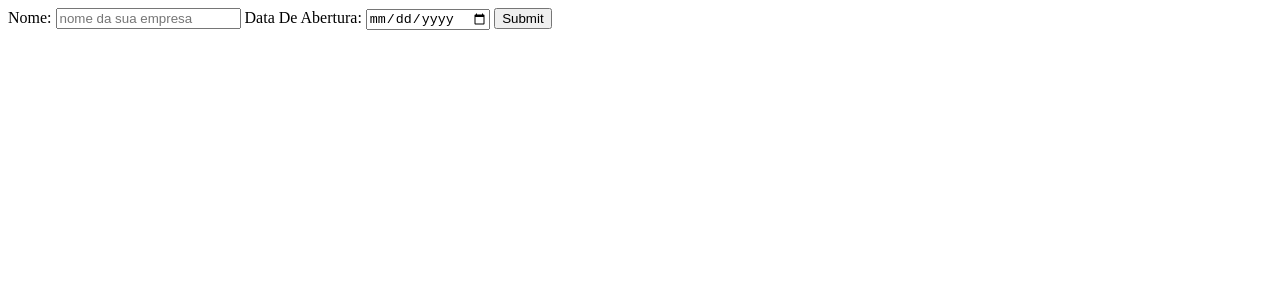
Repository: EduardoBrugneroto/basicoDeTomcat
Page: http://localhost/gerenciador/formNovaEmpresa.jsp
These files come from the project's save history. The page is drawn as it stood at one moment and after the next save; the edit follows.
The browser window is 1280 px wide. The pictures show the whole page.
The page is served by Tomcat 9.

Above is the page before, as saved 2021-07-30 14:36:53.

After the next save:
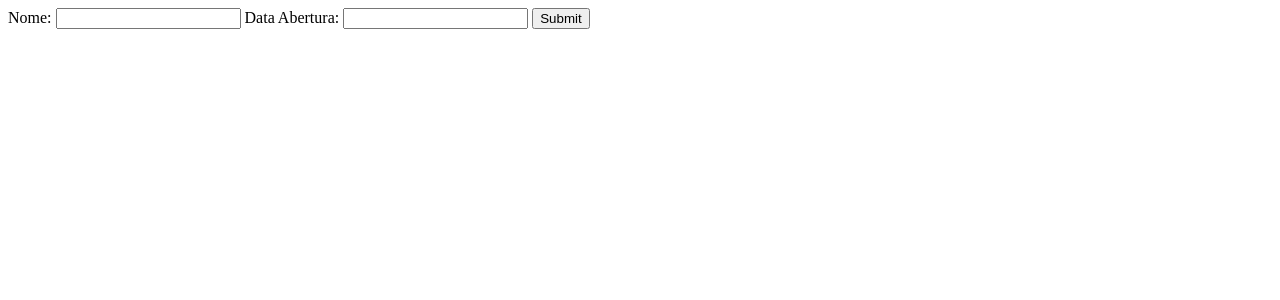
Saved 3 min 43 s later.
--- a/gerenciador/WebContent/formNovaEmpresa.jsp
+++ b/gerenciador/WebContent/formNovaEmpresa.jsp
@@ -1,6 +1,5 @@
-<%@ page language="java" contentType="text/html; charset=ISO-8859-1"
-    pageEncoding="ISO-8859-1"%>
- <%@ taglib uri="http://java.sun.com/jsp/jstl/core" prefix="c" %>
+<%@ taglib uri="http://java.sun.com/jsp/jstl/core" prefix="c" %>
+<c:url value="/novaEmpresa" var="linkServletNovaEmpresa"/>
 
 <!DOCTYPE html>
 <html>
@@ -10,12 +9,10 @@
 </head>
 <body>
 
+    <form action="${linkServletNovaEmpresa}" method="post">
 
-
-    <form action="<c:url value="/novaEmpresa" />" method="post">
-
-        Nome: <input type="text" name="nome" placeholder="nome da sua empresa"/>
-        Data De Abertura: <input type="date" name="data" placeholder="data de criação da sua empresa"/>
+        Nome: <input type="text" name="nome" />
+        Data Abertura: <input type="text" name="data" />
 
         <input type="submit" />
     </form>
